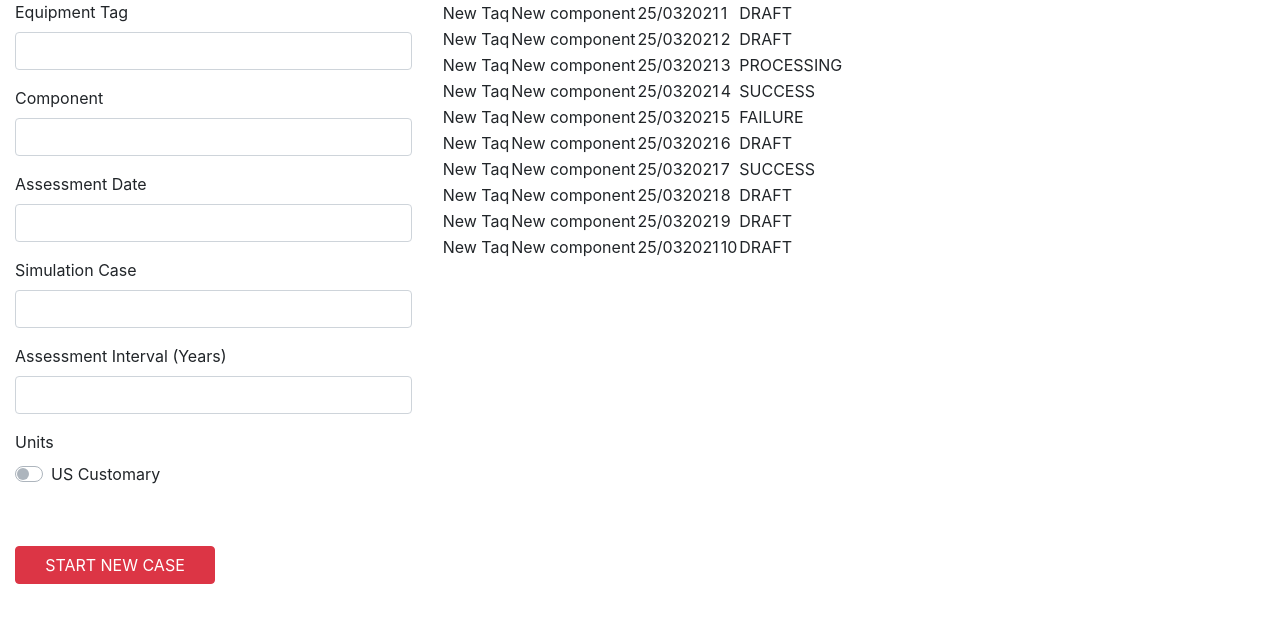
Repository: arif286/dashboard
Page: /
The author's editor kept a copy of each file at every save. The page is drawn from the files as they stood at one save, then again after the next save.
The browser window is 1280 px wide. The pictures show the whole page.
The project was rebuilt for these pictures with package versions that can differ from the ones it lists, and the page was loaded fresh each time. The framework's server and built-in components were replaced by stand-ins that run in the browser. Also part of the build but not shown: nuxt.config.js, components/Nav.vue.

Above is the page before, as saved 2021-06-18 18:46:43.

### components/Form.vue
<template>
  <div>
    <form class="Assessment-input" action="">
      <div class="mb-3">
        <label for="Input1" class="form-label">Equipment Tag</label>
        <input id="Input1" type="text" class="form-control">
      </div>
      <div class="mb-3">
        <label for="Input2" class="form-label">Component</label>
        <input id="Input2" type="text" class="form-control">
      </div>
      <div class="mb-3">
        <label for="Input3" class="form-label">Assessment Date</label>
        <input id="Input3" type="text" class="form-control">
      </div>
      <div class="mb-3">
        <label for="Input4" class="form-label">Simulation Case</label>
        <input id="Input4" type="text" class="form-control">
      </div>
      <div class="mb-3">
        <label for="Input5" class="form-label">Assessment Interval (Years)</label>
        <input id="Input5" type="text" class="form-control">
      </div>
      <div>
        <label for="Input5" class="form-label">Units</label>
        <b-form-checkbox v-model="checked" name="check-button" switch>
          US Customary
        </b-form-checkbox>
      </div>
      <b-button class="submit-button" type="submit" variant="danger">
        START NEW CASE
      </b-button>
    </form>
  </div>
</template>
<script>
export default {
  data () {
    return {
      form: {
        email: '',
        name: '',
        food: null,
        checked: []
      },
      foods: [
        { text: 'Select One', value: null },
        'Carrots',
        'Beans',
        'Tomatoes',
        'Corn'
      ],
      show: true,
      checked: false
    }
  },
  methods: {
    onSubmit (event) {
      event.preventDefault()
      alert(JSON.stringify(this.form))
    }
  }
}
</script>
<style>
.submit-button {
  width: 200px;
  margin-top: 60px;
}
.Assessment-input input:focus {
  border-color: red;
  box-shadow: none;
}
</style>

### components/Table.vue
<template>
  <table className="table-border">
    <!-- <thead>
        <tr>
          <th className="text-secondary" scope="col">
            Name
          </th>
          <th className="text-secondary" scope="col">
            Email Id
          </th>
          <th className="text-secondary" scope="col">
            Service
          </th>
          <th className="text-secondary" scope="col">
            pay with
          </th>
          <th className="text-secondary" scope="col">
            status
          </th>
        </tr>
      </thead> -->
    <tbody>
      <tr v-for="item in data" :key="item.id">
        <td>{{ item.equipmentTag }}</td>
        <td>{{ item.component }}</td>
        <td>{{ item.assessmentDate }}</td>
        <td>{{ item.case }}</td>
        <td>{{ item.status }}</td>
      </tr>
    </tbody>
  </table>
</template>

<script>
export default {
  props: {
    data: {
      type: Array,
      required: true
    }
  }
}
</script>
<style scoped>

.table-border{
  width: 100%;
}
</style>

### pages/index.vue
<template>
  <div class="container">
    <div class="row">
      <div class="col-4">
        <Form />
      </div>
      <div class="col-8">
        <Table :data="dashboardData" />
      </div>
    </div>
  </div>
</template>

<script>
import { dashboardData } from '@/assets/dashboard.js'
// eslint-disable-next-line semi
export default {
  data () {
    return { dashboardData }
  }
}
</script>

<style>
.container {
  max-width: 1760px;
}
</style>

### assets/dashboard.js
export const dashboardData = [
  {
    id: 1,
    equipmentTag: 'New Taq',
    component: 'New component',
    assessmentDate: '25/032021',
    case: 1,
    status: 'DRAFT'
  },
  {
    id: 2,
    equipmentTag: 'New Taq',
    component: 'New component',
    assessmentDate: '25/032021',
    case: 2,
    status: 'DRAFT'
  },
  {
    id: 3,
    equipmentTag: 'New Taq',
    component: 'New component',
    assessmentDate: '25/032021',
    case: 3,
    status: 'PROCESSING'
  },
  {
    id: 4,
    equipmentTag: 'New Taq',
    component: 'New component',
    assessmentDate: '25/032021',
    case: 4,
    status: 'SUCCESS'
  },
  {
    id: 5,
    equipmentTag: 'New Taq',
    component: 'New component',
    assessmentDate: '25/032021',
    case: 5,
    status: 'FAILURE'
  },
  {
    id: 6,
    equipmentTag: 'New Taq',
    component: 'New component',
    assessmentDate: '25/032021',
    case: 6,
    status: 'DRAFT'
  },
  {
    id: 7,
    equipmentTag: 'New Taq',
    component: 'New component',
    assessmentDate: '25/032021',
    case: 7,
    status: 'SUCCESS'
  },
  {
    id: 8,
    equipmentTag: 'New Taq',
    component: 'New component',
    assessmentDate: '25/032021',
    case: 8,
    status: 'DRAFT'
  },
  {
    id: 9,
    equipmentTag: 'New Taq',
    component: 'New component',
    assessmentDate: '25/032021',
    case: 9,
    status: 'DRAFT'
  },
  {
    id: 10,
    equipmentTag: 'New Taq',
    component: 'New component',
    assessmentDate: '25/032021',
    case: 10,
    status: 'DRAFT'
  }
]

Loaded but not shown: layouts/default.vue (common file)

After the next save:
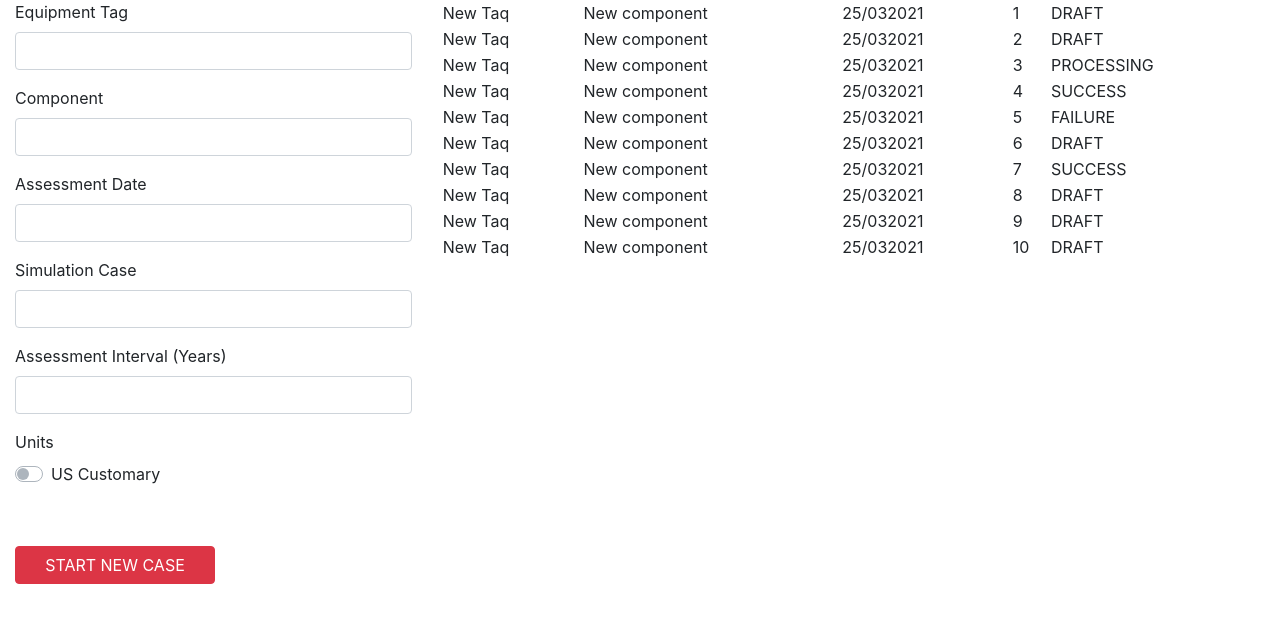
Saved 47 s later.
--- a/components/Table.vue
+++ b/components/Table.vue
@@ -1,5 +1,5 @@
 <template>
-  <table className="table-border">
+  <table class="table-border">
     <!-- <thead>
         <tr>
           <th className="text-secondary" scope="col">

After the 2 saves that followed:
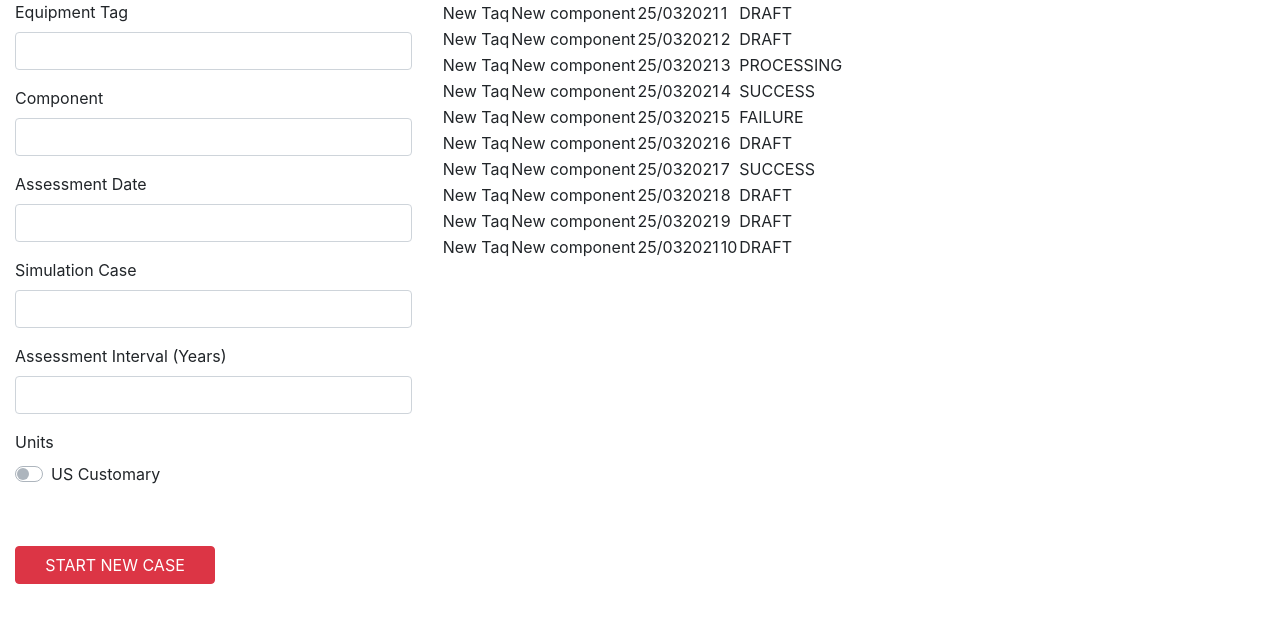
The 2 saves are shown as one change because they came seconds apart.
The last was saved 8 s later.
--- a/components/Table.vue
+++ b/components/Table.vue
@@ -1,5 +1,5 @@
 <template>
-  <table class="table-border">
+  <table class=" table-borderless">
     <!-- <thead>
         <tr>
           <th className="text-secondary" scope="col">
